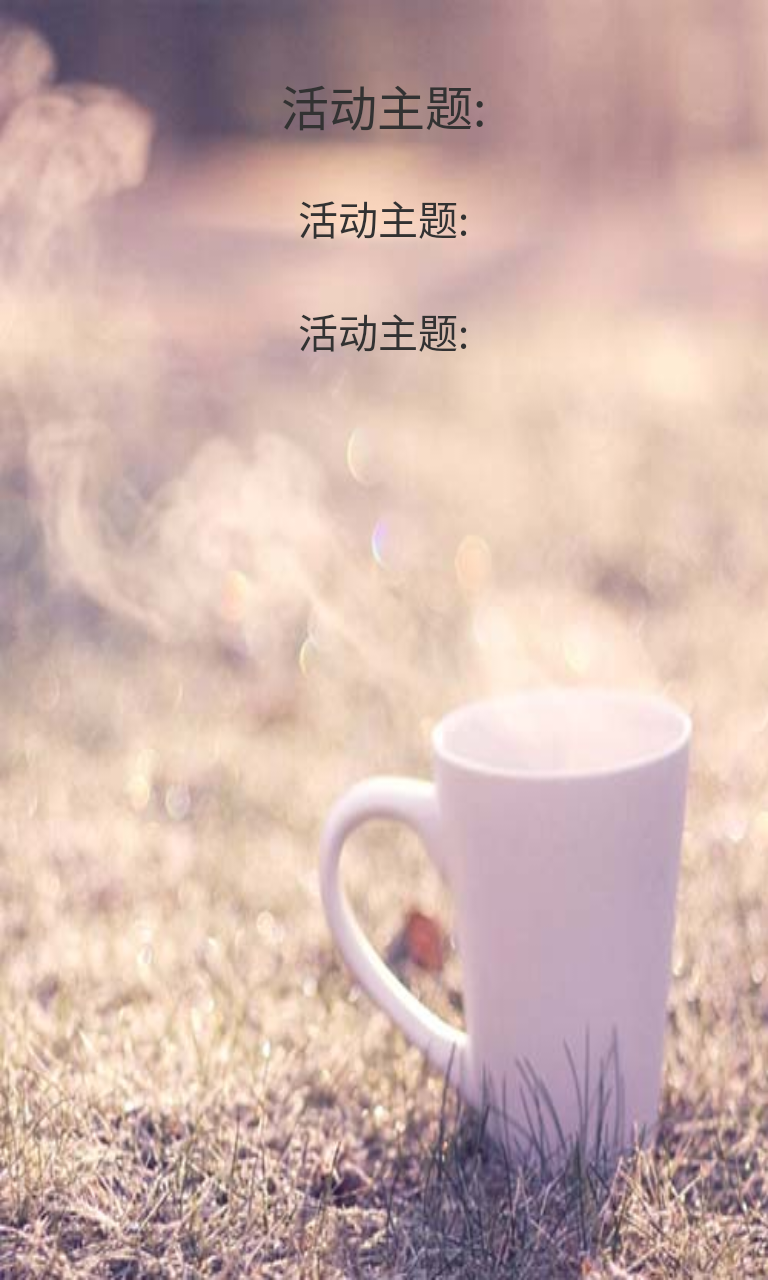
Repository: aojue/HappyAA
Layout: HappyAA/res/layout/two_activity.xml
The author's editor kept a copy of each file at every save. The layout is drawn from the files as they stood at one save, then again after the next save.
It is drawn on a 768 x 1280 px phone screen (xhdpi) without system bars, with theme AppTheme; the app's code is not run.

Above is the layout before, as saved 2014-10-25 07:55:02.

After the next save:
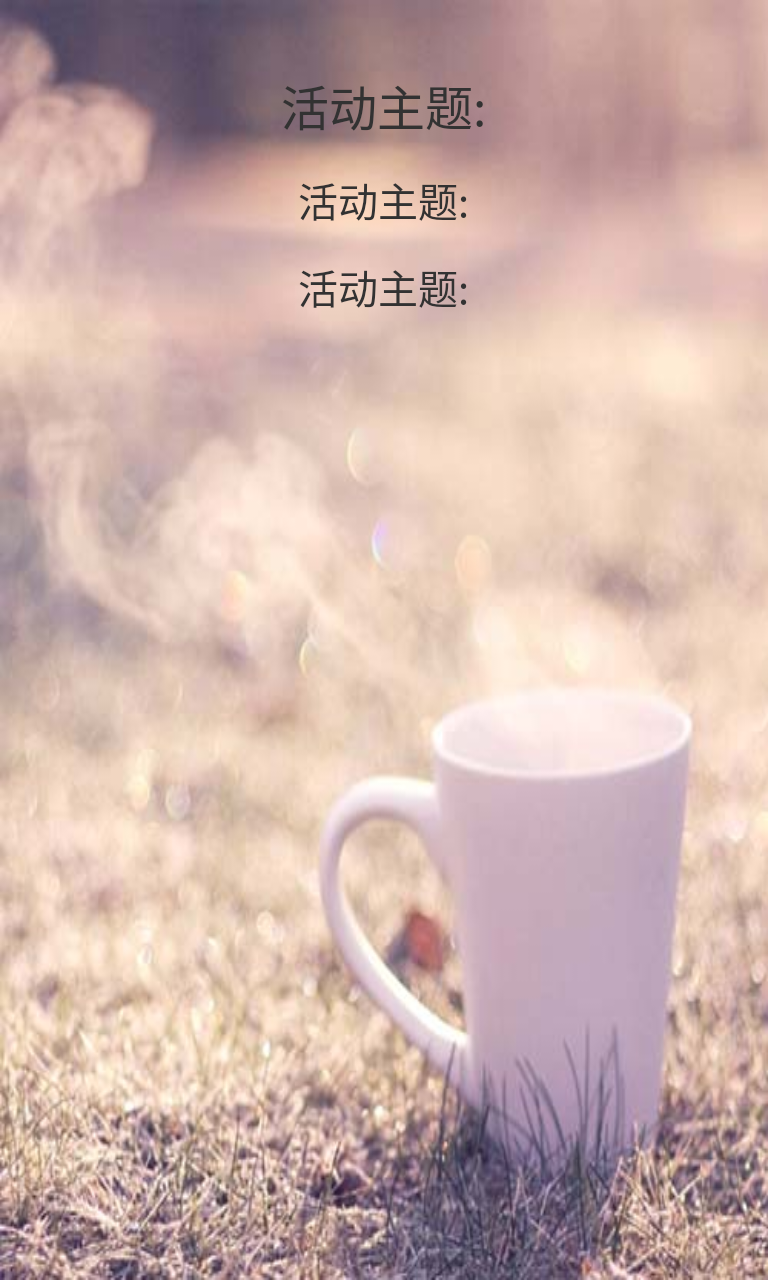
Saved 62 s later.
--- a/HappyAA/res/layout/two_activity.xml
+++ b/HappyAA/res/layout/two_activity.xml
@@ -26,7 +26,7 @@
                  android:layout_height="wrap_content"
                  android:layout_below="@+id/text1"
                  android:layout_centerHorizontal="true"
-                 android:layout_marginTop="24dp"
+                 android:layout_marginTop="15dp"
                  android:text="@string/textview1"
                  android:textSize="20sp" />
 
@@ -36,7 +36,7 @@
                  android:layout_height="wrap_content"
                  android:layout_alignLeft="@+id/text2"
                  android:layout_below="@+id/text2"
-                 android:layout_marginTop="27dp"
+                 android:layout_marginTop="14dp"
                  android:text="@string/textview1"
                  android:textSize="20sp" />
 
